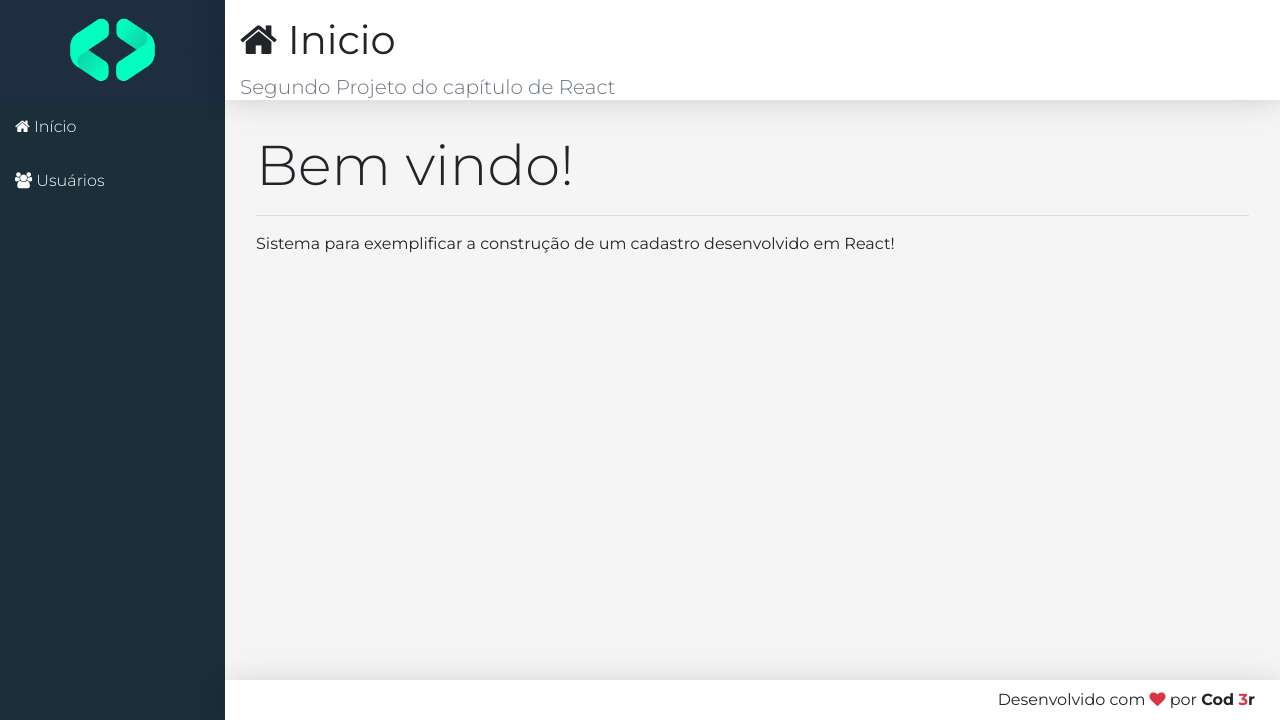
Repository: eversonps/projeto-cadastro-usuarios-firebase
Page: /users (app in frontend/)
An editor plug-in stored every save of this project. The page is shown before and after the next save, followed by the edit.
The browser window is 1280 px wide. The pictures show the whole page.
The project was rebuilt for these pictures with package versions that can differ from the ones it lists, and the page was loaded fresh each time.

Above is the page before, as saved 2022-03-22 13:39:16.

### frontend/public/index.html
<!DOCTYPE html>
<html lang="en">
  <head>
    <meta charset="utf-8" />
    <link rel="icon" href="%PUBLIC_URL%/favicon.ico" />
    <link rel="preconnect" href="https://fonts.googleapis.com">
    <link rel="preconnect" href="https://fonts.gstatic.com" crossorigin>
    <link href="https://fonts.googleapis.com/css2?family=Montserrat:wght@300;400;700&display=swap" rel="stylesheet">
    <meta name="viewport" content="width=device-width, initial-scale=1" />
    <meta name="theme-color" content="#000000" />
    <meta
      name="description"
      content="Web site created using create-react-app"
    />
    <link rel="apple-touch-icon" href="%PUBLIC_URL%/logo192.png" />
    <!--
      manifest.json provides metadata used when your web app is installed on a
      user's mobile device or desktop. See https://developers.google.com/web/fundamentals/web-app-manifest/
    -->
    <link rel="manifest" href="%PUBLIC_URL%/manifest.json" />
    <!--
      Notice the use of %PUBLIC_URL% in the tags above.
      It will be replaced with the URL of the `public` folder during the build.
      Only files inside the `public` folder can be referenced from the HTML.

      Unlike "/favicon.ico" or "favicon.ico", "%PUBLIC_URL%/favicon.ico" will
      work correctly both with client-side routing and a non-root public URL.
      Learn how to configure a non-root public URL by running `npm run build`.
    -->
    <title>React App</title>
  </head>
  <body>
    <noscript>You need to enable JavaScript to run this app.</noscript>
    <div id="root"></div>
    <!--
      This HTML file is a template.
      If you open it directly in the browser, you will see an empty page.

      You can add webfonts, meta tags, or analytics to this file.
      The build step will place the bundled scripts into the <body> tag.

      To begin the development, run `npm start` or `yarn start`.
      To create a production bundle, use `npm run build` or `yarn build`.
    -->
  </body>
</html>

### frontend/src/index.js
import React from 'react';
import ReactDOM from 'react-dom';
import './index.css';
import App from './main/app';
import reportWebVitals from './reportWebVitals';

ReactDOM.render(
  <React.StrictMode>
    <App />
  </React.StrictMode>,
  document.getElementById('root')
);

// If you want to start measuring performance in your app, pass a function
// to log results (for example: reportWebVitals(console.log))
// or send to an analytics endpoint. Learn more: https://bit.ly/CRA-vitals
reportWebVitals();

### frontend/src/main/app.jsx
import "./app.css"
import "bootstrap/dist/css/bootstrap.min.css"
import "font-awesome/css/font-awesome.min.css"

import React from "react"

import Logo from "../components/template/logo"
import Nav from "../components/template/nav"
import Main from "../components/template/main"
import Footer from "../components/template/footer"

export default props => {
    return (
        <div className="app">
        <Logo></Logo>
        <Nav></Nav>
        <Main icon="home" title="Inicio" subtitle="Segundo Projeto do capítulo de React">
            <div className="display-4">
                Bem vindo!
            </div>
            <hr />
            <p className="mb-0">Sistema para exemplificar a construção de um cadastro desenvolvido em React!</p>
        </Main>
        <Footer></Footer>
    </div>
    )
}

### frontend/src/main/app.css
:root{
    --bg-dark: #1A2F3A;
    --logo-height: 100px;
    --header-height: 100px;
    --aside-width: 225px;
    --footer-height: 40px;

    --shadow: 0 2px 23px 0 rgba(0, 0, 0, 0.1), 0 2px 49px 0 rgba(0, 0, 0, 0.06);
}

* {
    box-sizing: border-box;
    font-family: 'Montserrat', sans-serif;
}

.app{
    margin: 0px;
    display: grid;
    grid-template-columns: var(--aside-width) 1fr;
    grid-template-rows: var(--header-height) 1fr var(--footer-height);
    grid-template-areas:
        "logo header"
        "menu content"
        "menu footer";
    height: 100vh;
    background-color: #F5F5F5;
}

aside.logo{
    grid-area: logo;
}

header.header{
    grid-area: header;
}

aside.menu-area{
    grid-area: menu;
}

main.content{
    grid-area: content;
}

footer.footer{
    grid-area: footer;
}

### frontend/src/components/template/logo.jsx
import React from "react"
import "./logo.css"
import logo from "../../assets/images/logo.png"

export default props => (
    <aside className="logo">
        <a href="/" className="logo">
            <img src={logo} alt="logo" />
        </a>
    </aside>
)

### frontend/src/components/template/nav.jsx
import React from "react"
import "./nav.css"

export default props => {
    return (
        <aside className="menu-area">
            <nav className="menu">
                <a href="#/">
                    <i className="fa fa-home"></i> Início
                </a>
                <a href="#/users">
                    <i className="fa fa-users"></i> Usuários
                </a>
            </nav>
        </aside>
    )
}

### frontend/src/components/template/main.jsx
import React from "react"
import Header from "./header"

export default props => (
    <>
        <Header {...props}></Header>
        <main className="content container-fluid">
            <div className="p-3 mt-3">
                {props.children}
            </div>
        </main>
    </>
)

### frontend/src/components/template/footer.jsx
import React from "react";
import "./footer.css"

export default props => (
    <footer className="footer">
        <span>
            Desenvolvido com <i className="fa fa-heart text-danger"></i> por <strong>Cod <span className="text-danger">3</span>r</strong>
        </span>
    </footer>
)

### frontend/src/components/template/logo.css
aside.logo{
    background-color: var(--bg-dark);
    display: flex;
    justify-content: center;
    align-items: center;
}

aside.logo img {
    width: 100%;
}

### frontend/src/components/template/nav.css
aside.menu-area{
    background-color: var(--bg-dark);
    box-shadow: 2px 0 10px 0 rgba(0,0,0,0.12), rgba(0,0,0,0.09);
}

.menu a{
    display: block;
    text-decoration: none;
    color: #FFF;
    font-weight: 300;
    padding: 15px;
}

.menu a:hover {
    background: linear-gradient(135deg, #07A7E3 0%, #32DAC3 100%);
}

### frontend/src/components/template/header.jsx
import React from "react";
import "./header.css"

export default props => (
    <header className="header d-none d-sm-flex flex-column">
        <h1 className="mt-3">
            <i className={`fa fa-${props.icon}`}></i> {props.title}
        </h1>
        <p className="lead text-muted">{props.subtitle}</p>
    </header>
)

### frontend/src/components/template/footer.css
footer.footer{
    display: flex;
    align-items: center;
    justify-content: flex-end;
    padding: 0 25px;
    background-color: #FFF;
    box-shadow: var(--shadow);
}

### frontend/src/components/template/header.css
header.header{
    background-color: #FFF;
    padding: 0px 15px;
    overflow: hidden;
    white-space: nowrap;
    box-shadow: var(--shadow);
}

header.header{
    font-size: 1.8em;
}

Loaded but not shown: frontend/src/index.css (common file); frontend/src/reportWebVitals.js (common file); frontend/src/components/template/main.css (common file)

After the next save:
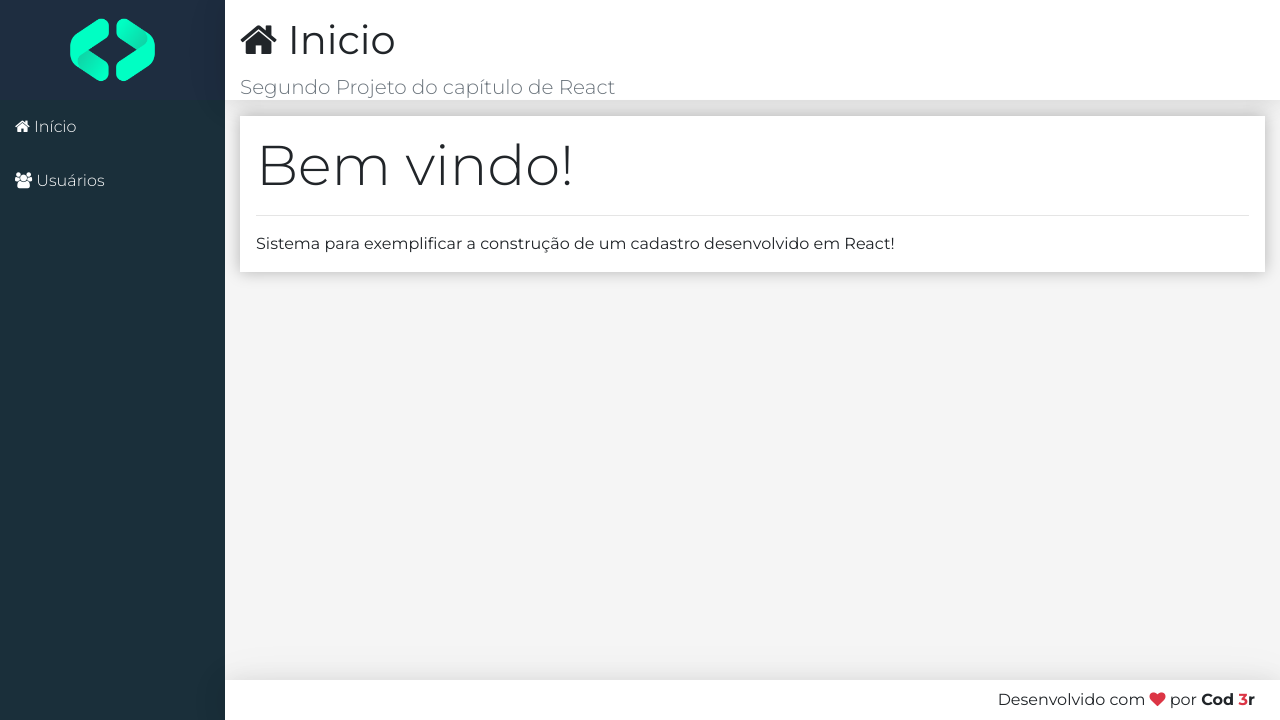
Saved 71 s later.
--- a/frontend/src/components/template/main.jsx
+++ b/frontend/src/components/template/main.jsx
@@ -1,5 +1,6 @@
 import React from "react"
 import Header from "./header"
+import "./main.css"
 
 export default props => (
     <>
